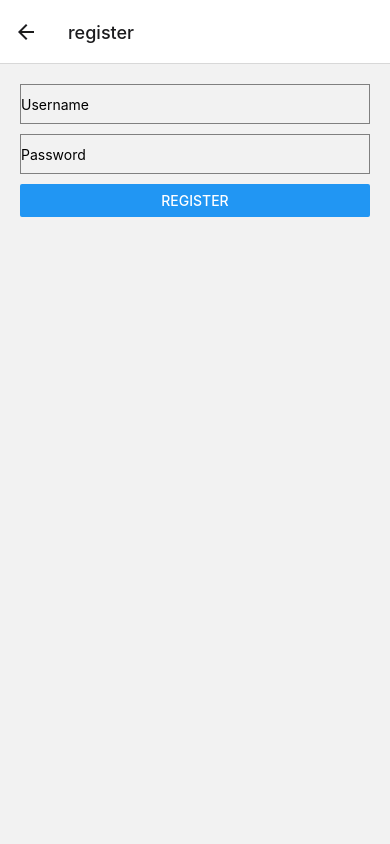
Repository: RidenShogunei/reactnative--make-an-app
Screen: /register (app in Myapp/)
The author's editor kept a copy of each file at every save. The screen is drawn from the files as they stood at one save, then again after the next save.
The app was drawn by React Native's web renderer in a window 390 px wide. The project was rebuilt for these pictures with package versions that can differ from the ones it lists, and the page was loaded fresh each time.

Above is the screen before, as saved 2024-04-20 19:11:21.

After the next save:
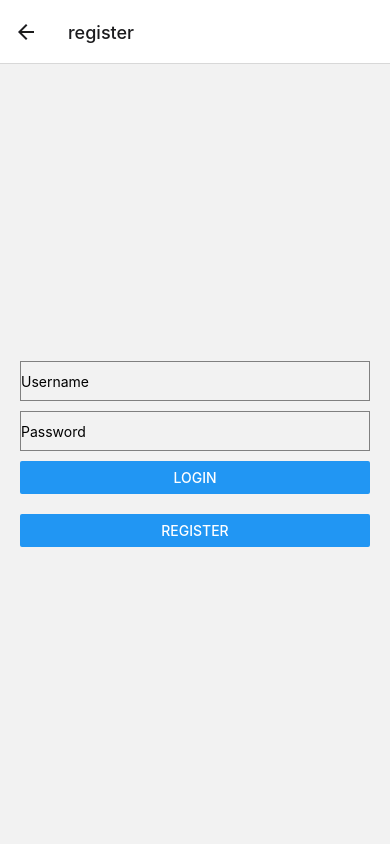
Saved 20 s later.
--- a/Myapp/pages/register.jsx
+++ b/Myapp/pages/register.jsx
@@ -1,14 +1,16 @@
-// Register.jsx
+// Login.jsx
 import React, { useState } from 'react';
 import { View, TextInput, Button, StyleSheet } from 'react-native';
+import { useNavigation } from '@react-navigation/native';
 
-const Register = ({ navigation }) => {
+const Login = () => {
   const [username, setUsername] = useState('');
   const [password, setPassword] = useState('');
+  const navigation = useNavigation();
 
-  const handleRegister = () => {
-    //在这里应该进行注册的逻辑处理，例如表单验证和提交数据
-    // 完成后，可能需要导航到登录界面或者其他页面
+  const handleLogin = () => {
+    // 这里应该进行登录的逻辑处理
+    // 如果登录成功，可以导航到其他界面
   };
 
   return (
@@ -26,21 +28,25 @@ const Register = ({ navigation }) => {
         value={password}
         onChangeText={setPassword}
       />
-      <Button title="Register" onPress={handleRegister} />
+
+    <View style={styles.buttonContainer}>
+      <Button title="Login" onPress={handleLogin} />
+      <View style={styles.spacingView}/>
+      <Button title="Register" onPress={() => navigation.navigate('register')}/>
+    </View>
     </View>
   );
 };
 
-export default Register;
+const styles = StyleSheet.create({
+  container: { flex: 1, padding: 20, justifyContent: 'center' },
+  input: { height: 40, borderColor: 'gray', borderWidth: 1, marginBottom: 10 },
+  buttonContainer: {
+    justifyContent: 'center',
+  },
+  spacingView: {
+    height: 20, // 调整这个值可以改变按钮之间的距离
+  }
+});
 
-const styles = StyleSheet.create({
-  container: {
-    padding: 20,
-  },
-  input: {
-    height: 40,
-    borderColor: 'gray',
-    borderWidth: 1,
-    marginBottom: 10,
-  },
-});
+export default Login;
